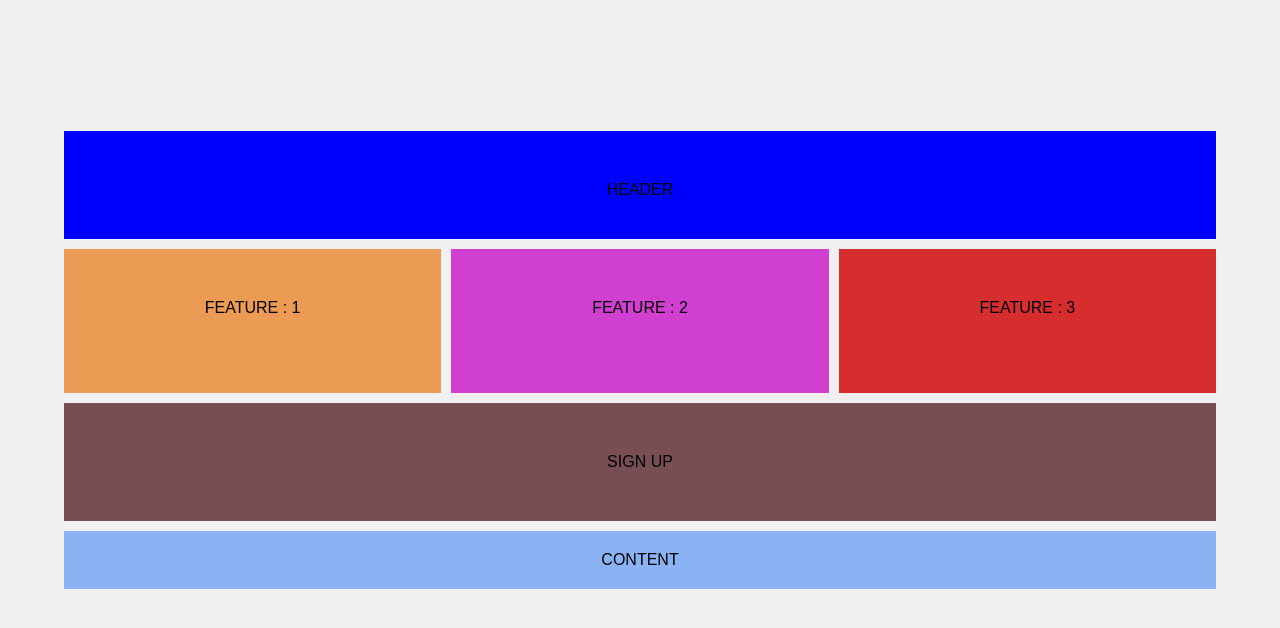
Repository: viveknaidu007/repo-152-FSD-InnomaticsTasksSep2024
Page: task_3/index.html
An editor plug-in stored every save of this project. The page is shown before and after the next save, followed by the edit.
The browser window is 1280 px wide. The pictures show the whole page.

Above is the page before, as saved 2024-10-02 11:51:16.

After the next save:
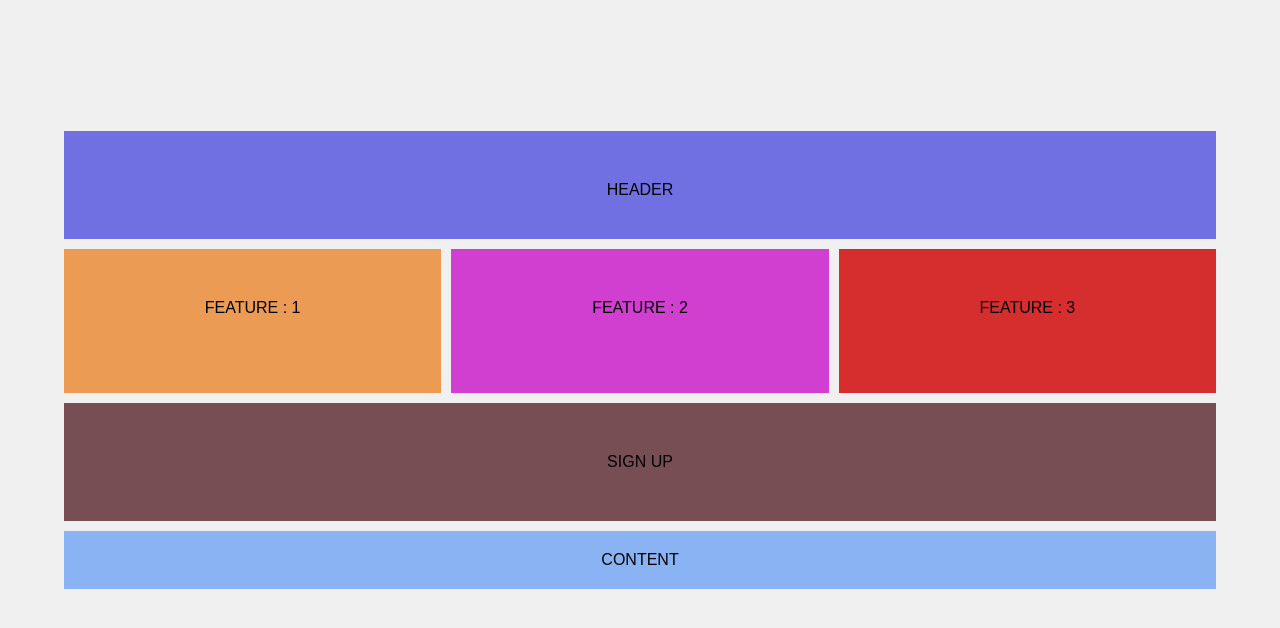
Saved 22 s later.
--- a/task_3/styles.css
+++ b/task_3/styles.css
@@ -15,7 +15,7 @@
 
   .header {
     grid-area: header;
-    background-color: blue;
+    background-color: rgba(63, 63, 222, 0.723);
     text-align: center;
     padding: 50px;
     position: static;
